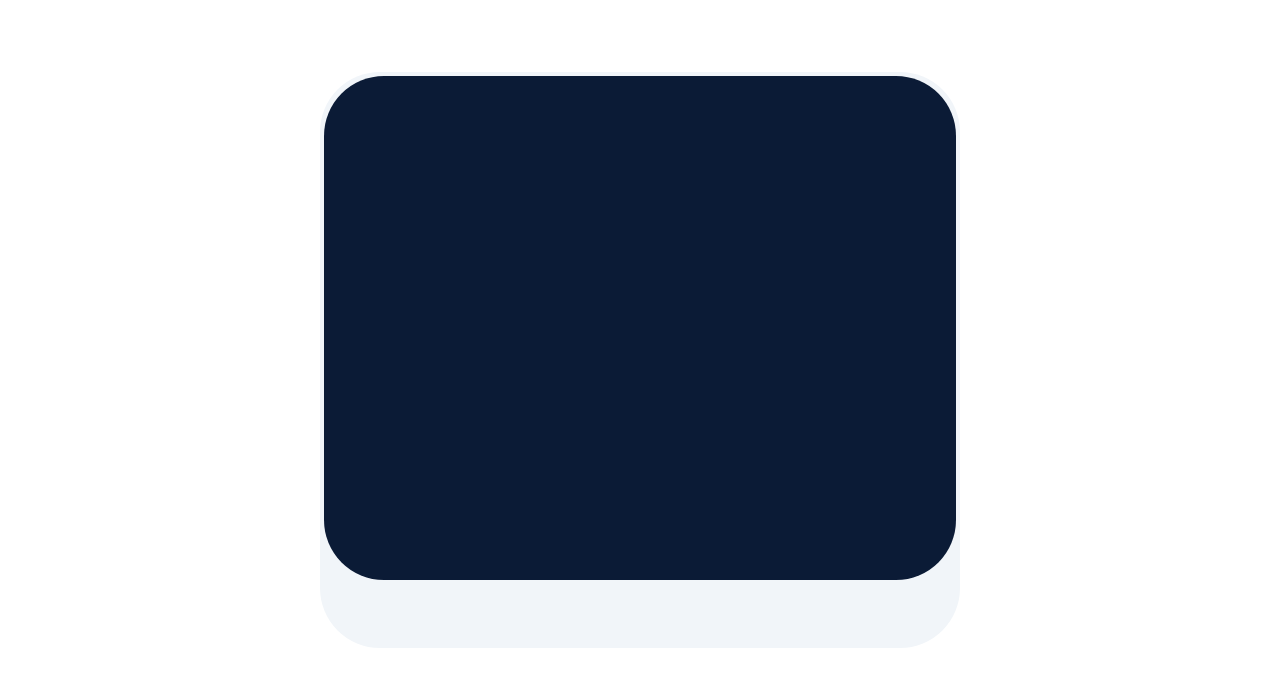
Repository: yezhonghu0503/chatgpt-vue-lac
Page: /
The author's editor kept a copy of each file at every save. The page is drawn from the files as they stood at one save, then again after the next save.
The browser window is 1280 px wide. The pictures show the whole page.
The project was rebuilt for these pictures with package versions that can differ from the ones it lists, and the page was loaded fresh each time. Also part of the build but not shown: vite.config.ts.

Above is the page before, as saved 2023-05-17 18:50:33.

After the next save:
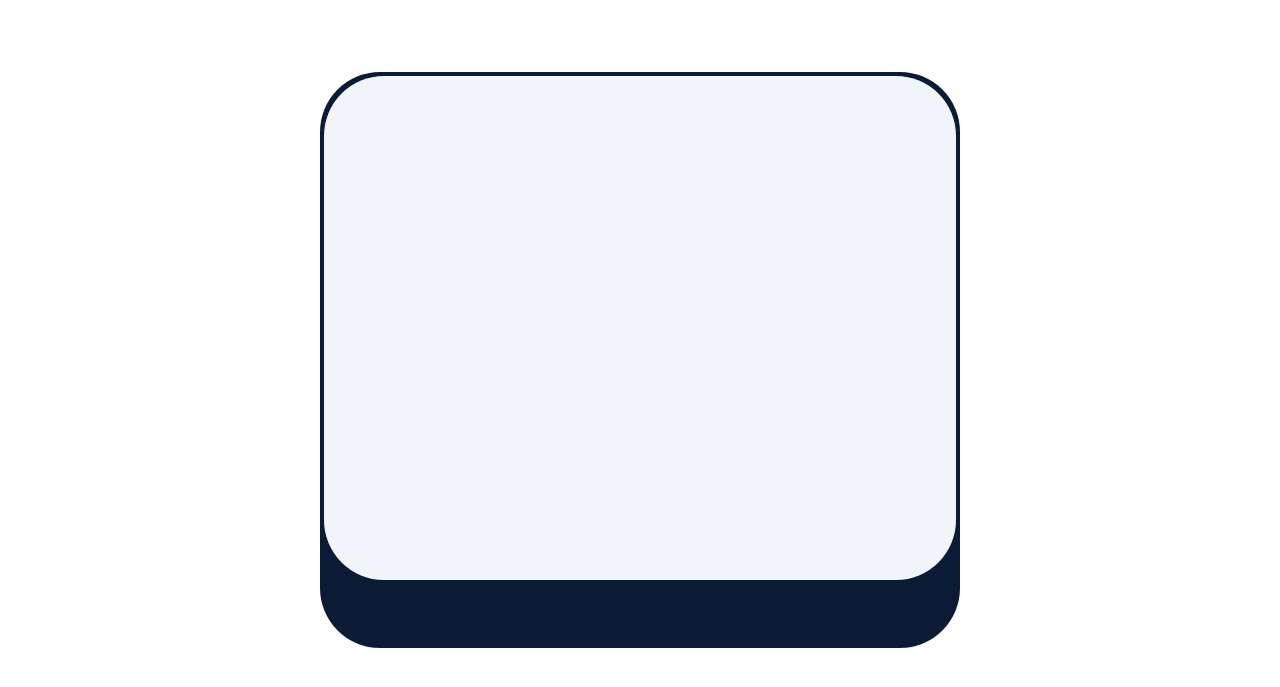
Saved 19 s later.
--- a/src/pages/chat.vue
+++ b/src/pages/chat.vue
@@ -1,6 +1,6 @@
 <template>
-    <div class="w-[50vw] h-[80vh] bg-slate-100 rounded-[60px] flex justify-center p-1">
-        <div class="w-[50vw] h-[70vh] bg-rg-chat rounded-[60px]"></div>
+    <div class="w-[50vw] h-[80vh] bg-rg-chat rounded-[60px] flex justify-center p-1">
+        <div class="w-[50vw] h-[70vh] bg-slate-100 rounded-[60px]"></div>
     </div>
 </template>
 <script lang="ts" setup>

After the 4 saves that followed:
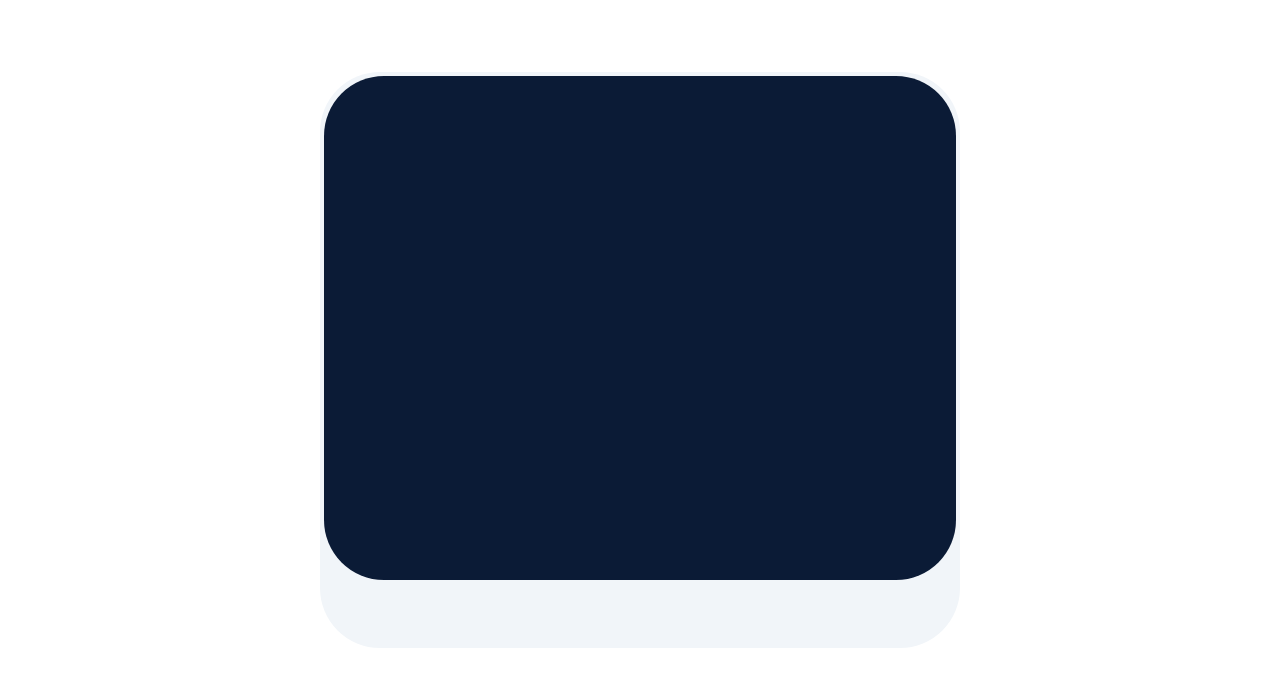
The 4 saves are shown as one change because 2 left the picture as it was and some came seconds apart.
The last was saved 107 s later.
--- a/src/style.css
+++ b/src/style.css
@@ -9,7 +9,7 @@
 
   color-scheme: light dark;
   color: rgba(255, 255, 255, 0.87);
-  background-color: #ffffff;
+  background-color: #242424;
 
   font-synthesis: none;
   text-rendering: optimizeLegibility;
--- a/src/pages/chat.vue
+++ b/src/pages/chat.vue
@@ -1,6 +1,6 @@
 <template>
-    <div class="w-[50vw] h-[80vh] bg-rg-chat rounded-[60px] flex justify-center p-1">
-        <div class="w-[50vw] h-[70vh] bg-slate-100 rounded-[60px]"></div>
+    <div class="w-[50vw] h-[80vh] bg-slate-100 rounded-[60px] flex justify-center p-1">
+        <div class="w-[50vw] h-[70vh] bg-rg-chat rounded-[60px]"></div>
     </div>
 </template>
 <script lang="ts" setup>
